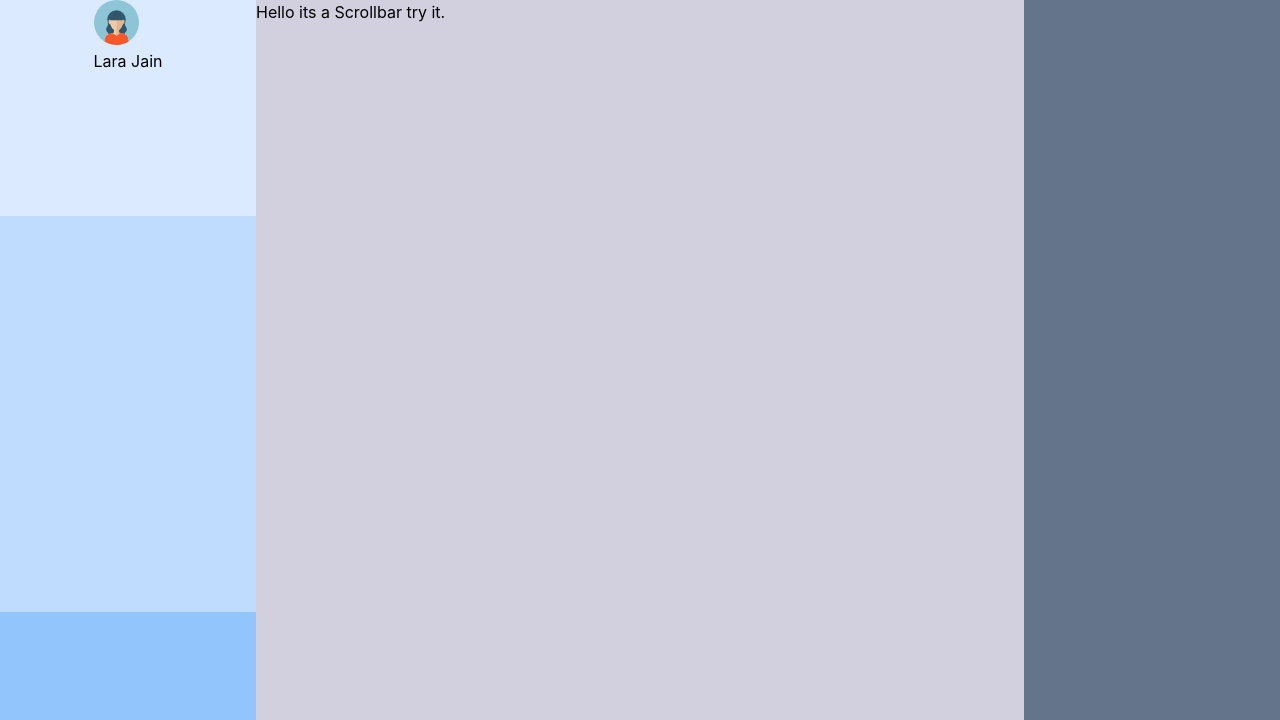
Repository: cosmicswati/upgrad-captions-project
Page: /
These files come from the project's save history. The page is drawn as it stood at one moment and after the next save; the edit follows.
The browser window is 1280 px wide. The pictures show the whole page.
An inner scrolling area shows only its first screen. The project was rebuilt for these pictures with package versions that can differ from the ones it lists, and the page was loaded fresh each time. Also part of the build but not shown: src/components/Input/index.js, src/components/Button/index.js, src/modules/Authorization/Form.jsx, src/modules/Authorization/index.js.

Above is the page before, as saved 2024-04-09 13:40:13.

### src/index.css
@tailwind base;
@tailwind components;
@tailwind utilities;

body {
  margin: 0;
  font-family: -apple-system, BlinkMacSystemFont, 'Segoe UI', 'Roboto', 'Oxygen',
    'Ubuntu', 'Cantarell', 'Fira Sans', 'Droid Sans', 'Helvetica Neue',
    sans-serif;
  -webkit-font-smoothing: antialiased;
  -moz-osx-font-smoothing: grayscale;
}

code {
  font-family: source-code-pro, Menlo, Monaco, Consolas, 'Courier New',
    monospace;
}

.scrollbar-hide::-webkit-scrollbar{
  display: none;
}

### src/App.js
import Auth from "./modules/Authorization";
import Home from "./modules/Home";


function App() {
  return (
    <div>
      {/* <Auth />  */}
      <Home />
    </div>
  );
}

export default App;

### src/modules/Home/index.js
import React from 'react'
import { ReactComponent as Avatar} from '../../assets/Avatar.svg'

const Home = () => {
  return (
    <div className='h-screen bg-[#d2cfdf] flex overflow-hidden'>
        <div className='w-[20%] flex flex-col'>
            <div className='h-[30%] bg-blue-100 flex justify-center item-center'>
                <div>
                    <Avatar width={'45px'} height={'45px'}/>
                    <p className='my-1'>Lara Jain</p>
                </div>
            </div>
            <div className='h-[55%] bg-blue-200'></div>
            <div className='h-[15%] bg-blue-300'></div>
        </div>
        <div className='w-[60%] overflow-scroll h-full scrollbar-hide'>
            <div className='h-[1500px]'>Hello its a Scrollbar try it.</div>
        </div>
        <div className='w-[20%] bg-slate-500'></div>
    </div>
  )
}

export default Home

### tailwind.config.js
/** @type {import('tailwindcss').Config} */
module.exports = {
 mode:'jit',
 purge: [
  './public/**/*.html',
  './src/**/*.{js,jsx,ts,tsx,vue}',
 ],
  content: [
    "./src/**/*.{js,jsx,ts,tsx}",
  ],
  theme: {
    extend: {},
  },
  plugins: [],
}

Loaded but not shown: public/index.html (common file); src/index.js (common file); src/reportWebVitals.js (common file)

After the next save:
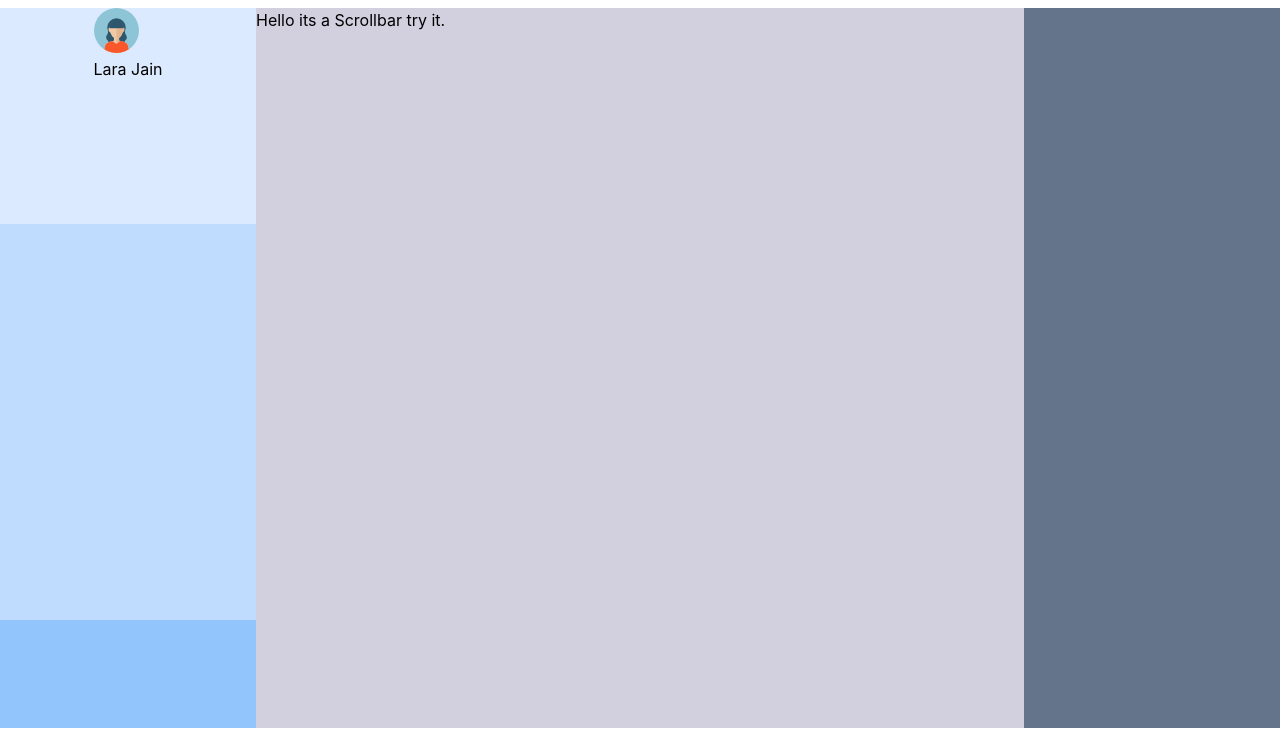
Saved 19 s later.
--- a/src/modules/Home/index.js
+++ b/src/modules/Home/index.js
@@ -3,7 +3,7 @@ import { ReactComponent as Avatar} from '../../assets/Avatar.svg'
 
 const Home = () => {
   return (
-    <div className='h-screen bg-[#d2cfdf] flex overflow-hidden'>
+    <div className='h-screen bg-[#d2cfdf] my-2 flex overflow-hidden'>
         <div className='w-[20%] flex flex-col'>
             <div className='h-[30%] bg-blue-100 flex justify-center item-center'>
                 <div>
